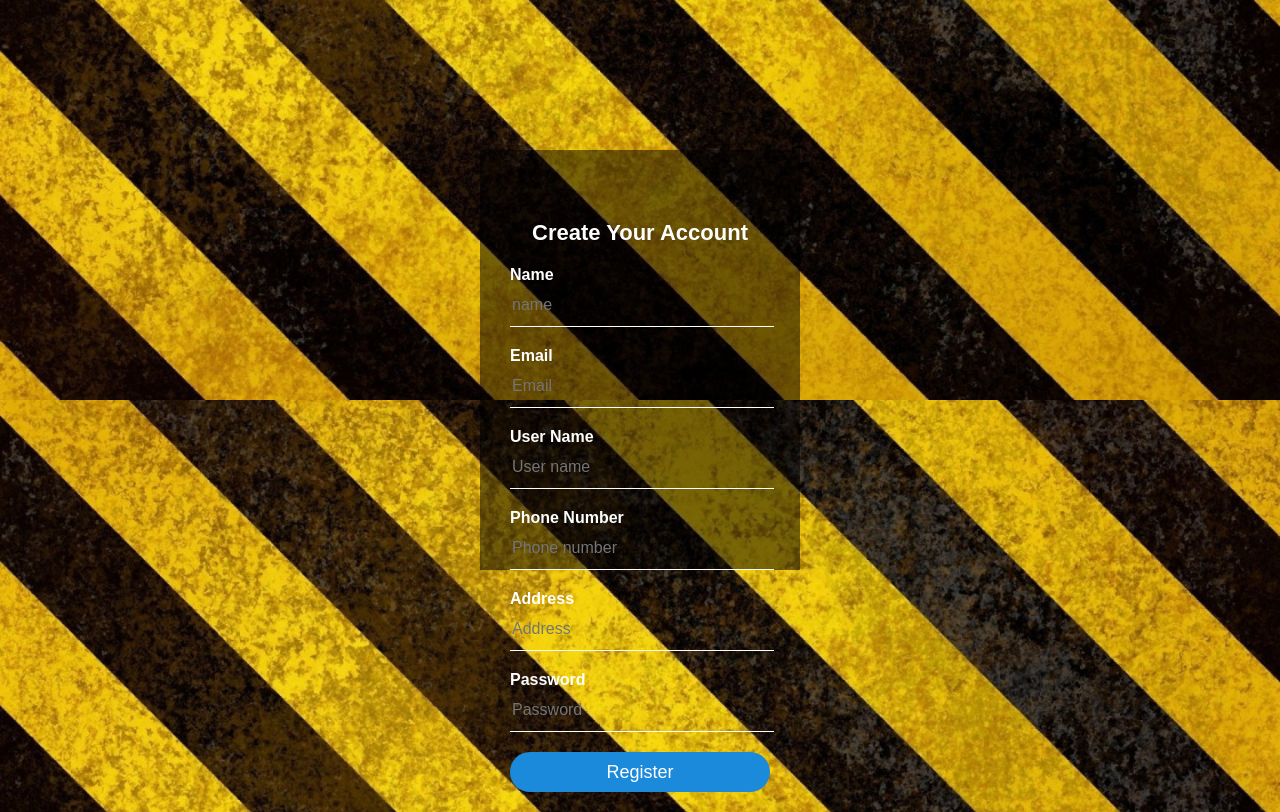
Repository: GamithaManawadu/RentJet-Online-Vehicle-Rental-System
Page: http://localhost/CustomerRegistration/customerinsert.jsp
These files come from the project's save history. The page is drawn as it stood at one moment and after the next save; the edit follows.
The browser window is 1280 px wide. The pictures show the whole page.
The page is served by Tomcat 9.

Above is the page before, as saved 2020-05-12 11:03:58.

After the next save:
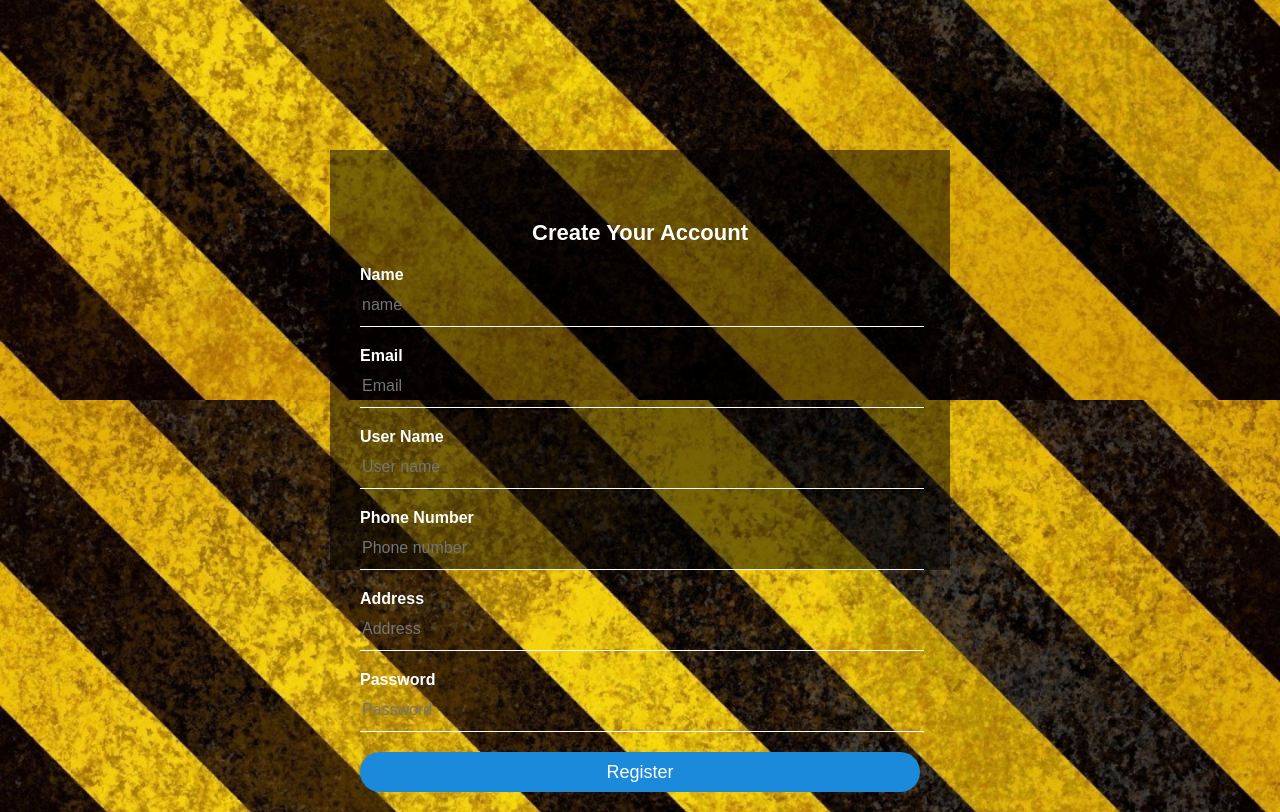
Saved 47 s later.
--- a/CustomerRegistration/WebContent/register.css
+++ b/CustomerRegistration/WebContent/register.css
@@ -8,7 +8,7 @@
     font-family: sans-serif;
 }
 .register-box{
-    width: 320px;
+    width: 620px;
     height: 420px;
     background: rgba(0, 0, 0, 0.5);
     color: #fff;
